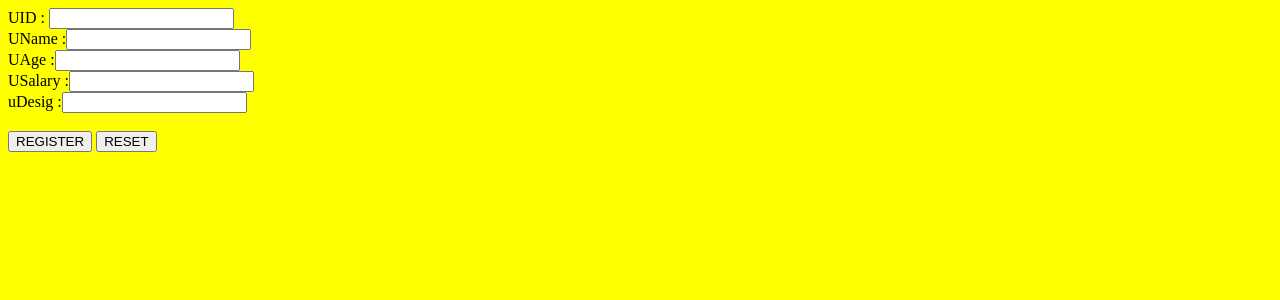
Repository: Thaneshwara848/JSP_Demo
Page: SLProject1/src/main/webapp/Register.html
These files come from the project's save history. The page is drawn as it stood at one moment and after the next save; the edit follows.
The browser window is 1280 px wide. The pictures show the whole page.

Above is the page before, as saved 2022-08-08 15:06:16.

### SLProject1/src/main/webapp/Register.html
<!DOCTYPE html>
<html>
<head>
<meta charset="UTF-8">
<title>Insert title here</title>
</head>
<body bgcolor="yellow">
	<div>
		<form action="" >

			UID : <input type="text" name="uid"><br>
			UName :<input type="text" name="uname"><br>
			UAge :<input type="text" name="uage"><br>
			USalary :<input type="text" name="usalary"><br>
			uDesig :<input type="text" name="udesig"><br>
			<br>

			<input type="submit" value="REGISTER">
			<input type="reset" value="RESET">



		</form>
	</body>
</html>

After the next save:
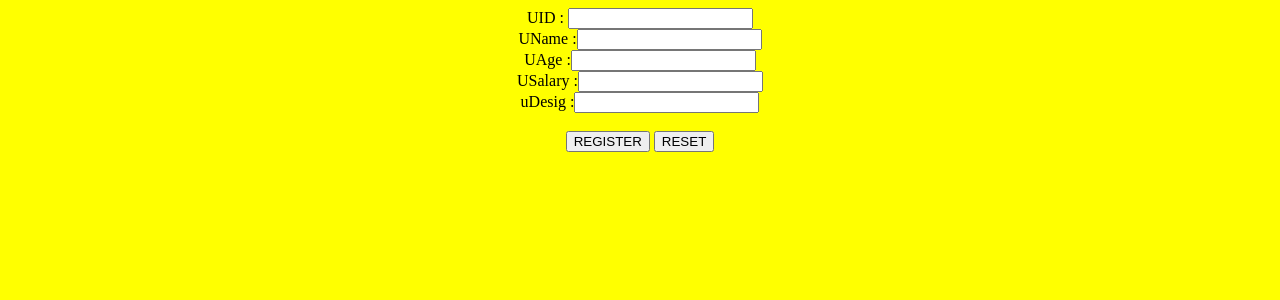
Saved 11 s later.
--- a/SLProject1/src/main/webapp/Register.html
+++ b/SLProject1/src/main/webapp/Register.html
@@ -5,7 +5,7 @@
 <title>Insert title here</title>
 </head>
 <body bgcolor="yellow">
-	<div>
+	<div style="text-align: center;">
 		<form action="" >
 
 			UID : <input type="text" name="uid"><br>
